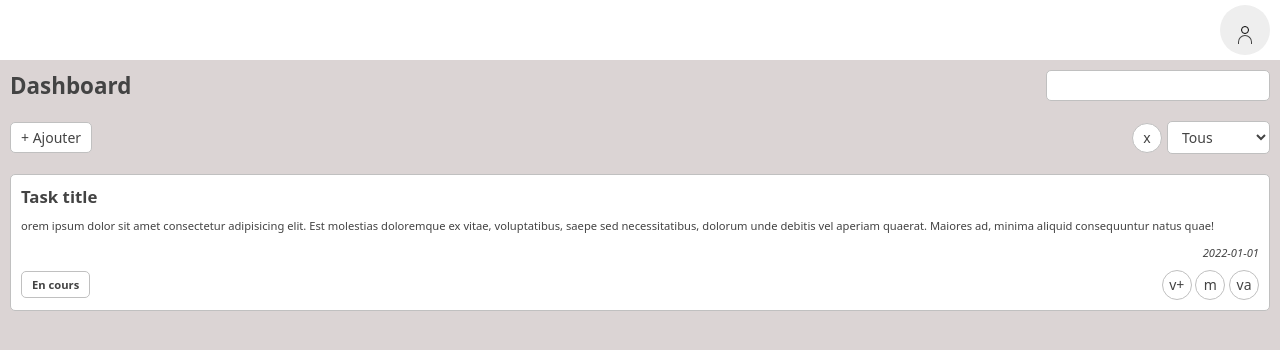
Repository: zpaulange/task_manager
Page: dashboard/index.html
The author's editor kept a copy of each file at every save. The page is drawn from the files as they stood at one save, then again after the next save.
The browser window is 1280 px wide. The pictures show the whole page.

Above is the page before, as saved 2025-03-06 15:33:58.

After the next save:
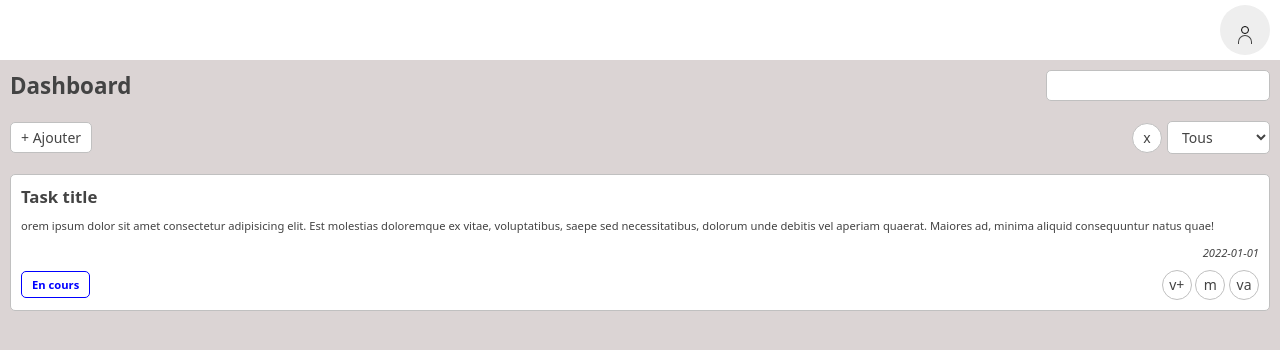
Saved 14 s later.
--- a/dashboard/index.html
+++ b/dashboard/index.html
@@ -46,7 +46,7 @@
                 2022-01-01
               </div>
               <div class="main-task__content-item__actions">
-                <span class="main-task__content-item__actions_status">
+                <span class="main-task__content-item__actions_status pending">
                   En cours
                 </span>
                 <div>
